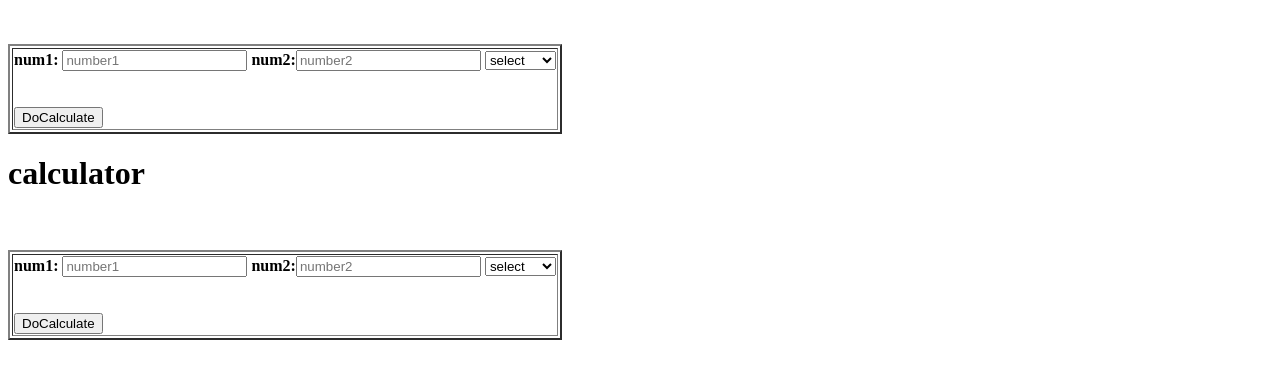
Repository: ravikumar0303/Advance-Java
Page: JSPCalculator/src/main/webapp/calculator.html
The author's editor kept a copy of each file at every save. The page is drawn from the files as they stood at one save, then again after the next save.
The browser window is 1280 px wide. The pictures show the whole page.

Above is the page before, as saved 2023-06-24 11:21:03.

### JSPCalculator/src/main/webapp/calculator.html
<!DOCTYPE html>
<html>
<head>
<meta charset="ISO-8859-1">
<title>calculator</title>

</head>
<body>
	<br></br>
	<div>
		<table border="2px">
			<tr>
				<td>
					<form action="ToCalculate.jsp" method="doPost" />
				   <b></form> num1: <input type="text" name="num1" id="num1" placeholder="number1"/>
					<b>num2:<input type="text"name="num2" id="num2" placeholder="number2"/>

					 <select onClick="btn" id="btn" name="btn">
						<option>select</option>
						<option value="add" id="btn">Addition</option>
						<option value="sub" id="btn">Sub</option>
						<option value="mul" id="btn">mul</option>
						<option value="div" id="btn">div</option>
				</select><br><br><br>
					<button type="submit" name="btn" id="btn">DoCalculate</button>


					</form>
				</td>
			</tr>
		</table>
	</div>
	                      <h1>calculator</h1>

	                      <br></br>
	<div>
		<table border="2px">
			<tr>
				<td>
					<form action="ToCalculate.jsp" method="doPost" />
				   <b></form> num1: <input type="text" name="num1" id="num1" placeholder="number1"/>
					<b>num2:<input type="text"name="num2" id="num2" placeholder="number2"/>

					 <select onClick="btn" id="btn" name="btn">
						<option>select</option>
						<option value="add" id="btn">Addition</option>
						<option value="sub" id="btn">Sub</option>
						<option value="mul" id="btn">mul</option>
						<option value="div" id="btn">div</option>
				</select><br><br><br>
					<button type="submit" name="btn" id="btn">DoCalculate</button>


					</form>
				</td>
			</tr>
		</table>
	</div>



</body>
</html>

After the next save:
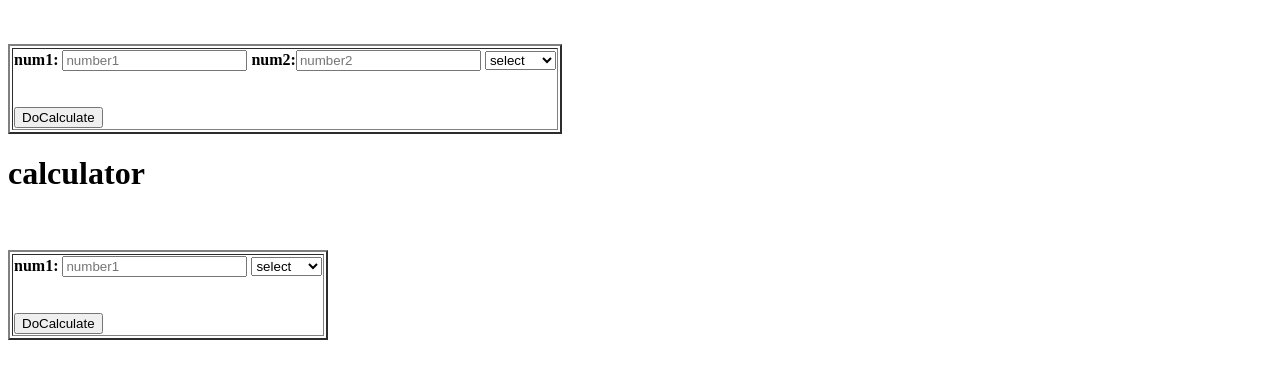
Saved 19 s later.
--- a/JSPCalculator/src/main/webapp/calculator.html
+++ b/JSPCalculator/src/main/webapp/calculator.html
@@ -39,7 +39,6 @@
 				<td>
 					<form action="ToCalculate.jsp" method="doPost" />
 				   <b></form> num1: <input type="text" name="num1" id="num1" placeholder="number1"/>
-					<b>num2:<input type="text"name="num2" id="num2" placeholder="number2"/>
 
 					 <select onClick="btn" id="btn" name="btn">
 						<option>select</option>
